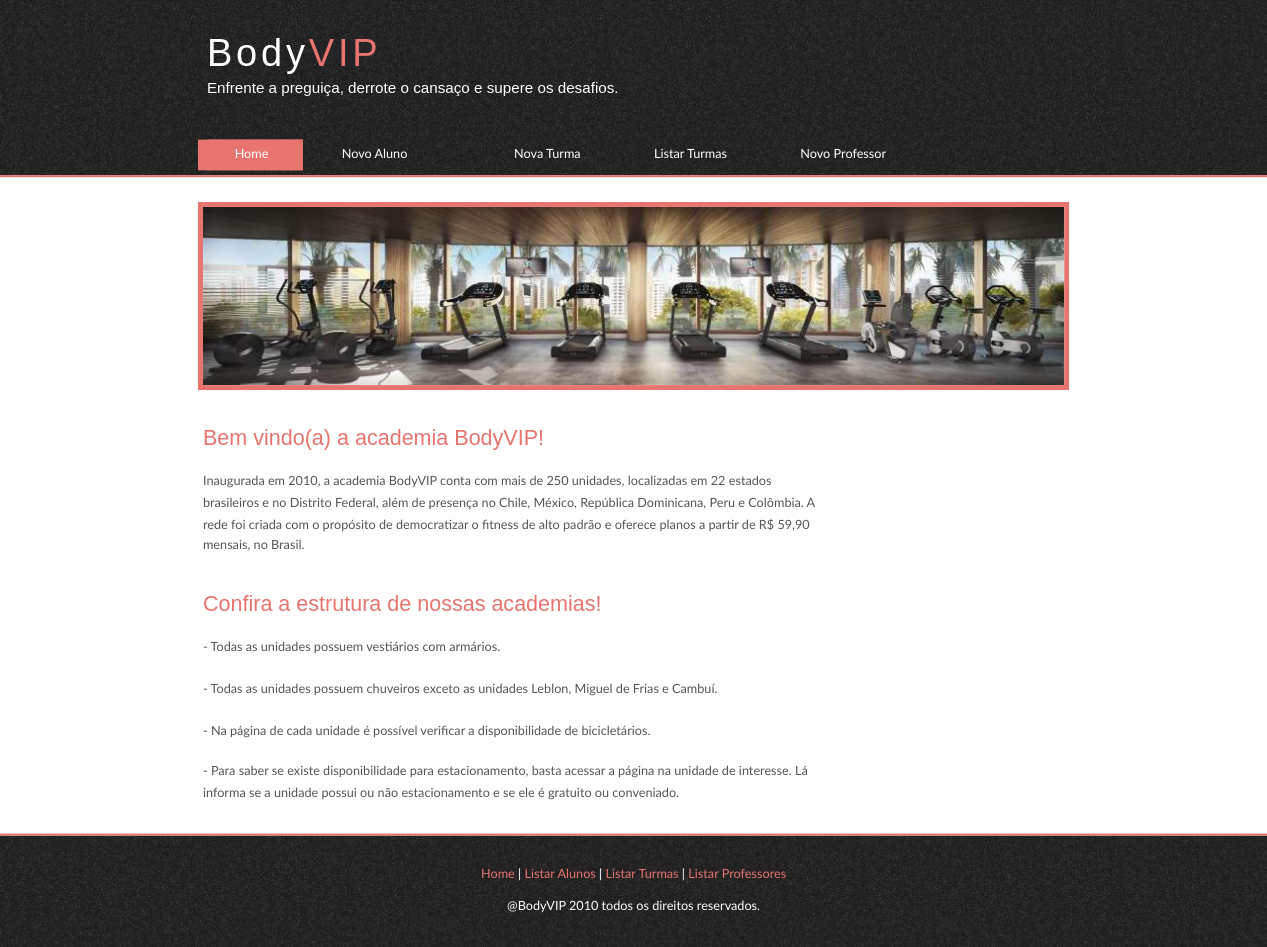
Repository: Thais-Ferreira/Projeto_bodyVIP
Page: http://localhost/BodyVIP/home.jsp
An editor plug-in stored every save of this project. The page is shown before and after the next save, followed by the edit.
The browser window is 1280 px wide. The pictures show the whole page, at 99% of full size.
The page is served by Tomcat 9.

Above is the page before, as saved 2017-06-21 18:42:47.

After the next save:
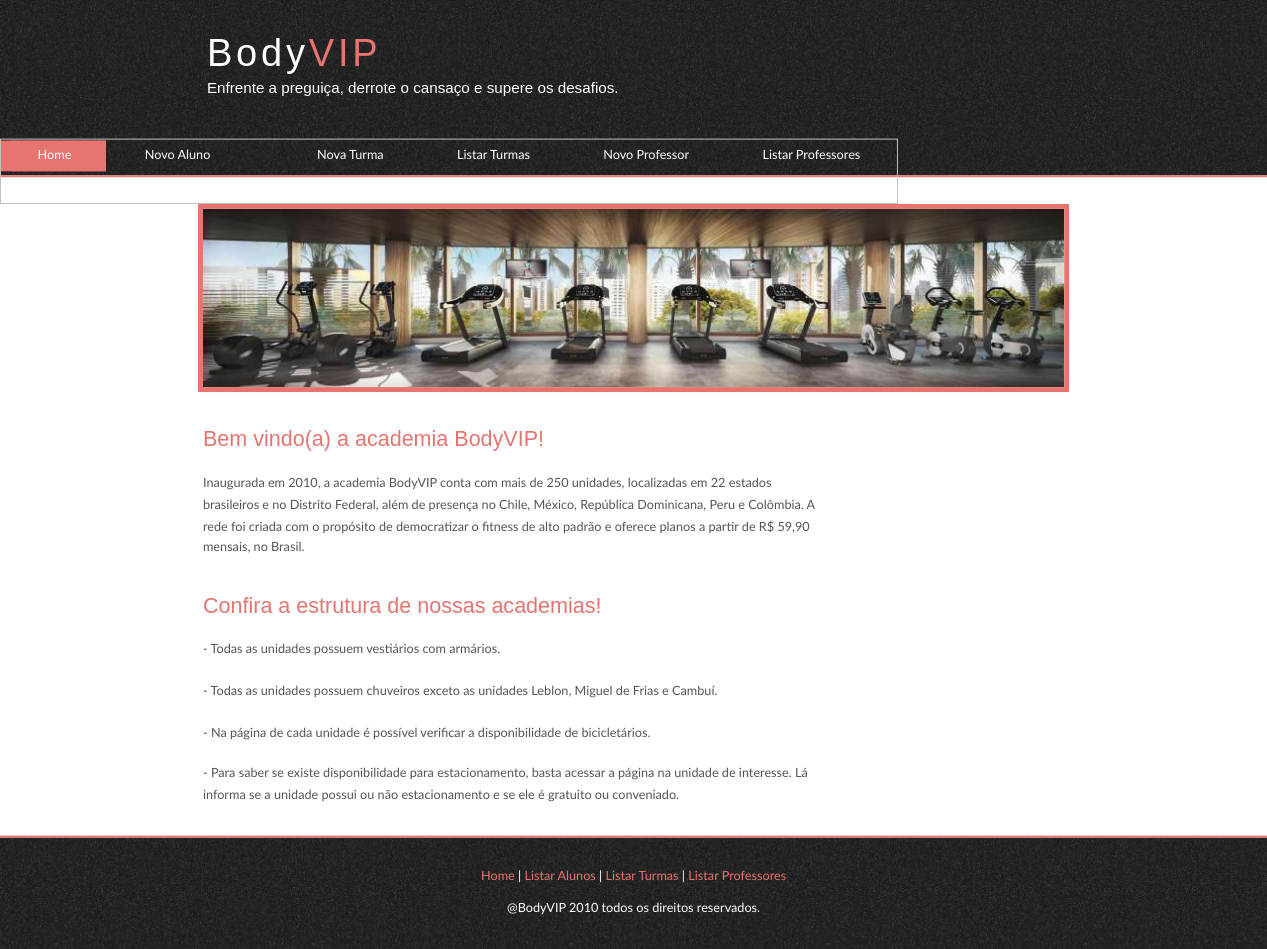
Saved 49 s later.
--- a/BodyVIP/WebContent/css/style.css
+++ b/BodyVIP/WebContent/css/style.css
@@ -144,9 +144,9 @@ ol li
   color: #FFF;}
 
 #menubar
-{ width: 880px;
-  height: 46px;
-  list-style:none }
+{ list-style:none;
+border:1px solid #c0c0c0;
+float:left;  }
 
 ul#menu
 { float: left;
